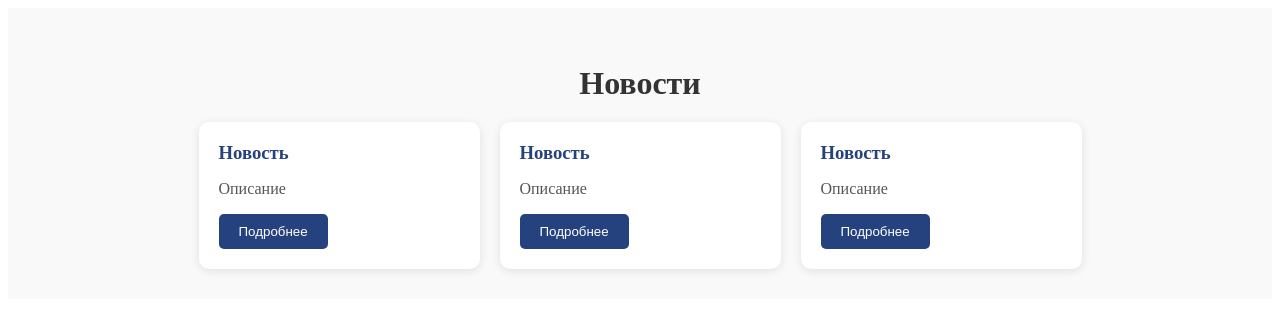
Repository: MaratLK/PLKFrontend
Page: Templates/NewsForIndex.html
These files come from the project's save history. The page is drawn as it stood at one moment and after the next save; the edit follows.
The browser window is 1280 px wide. The pictures show the whole page.

Above is the page before, as saved 2024-08-25 06:39:08.

### Templates/NewsForIndex.html
<!DOCTYPE html>
<html lang="en">
  <head>
    <meta charset="UTF-8" />
    <meta name="viewport" content="width=device-width, initial-scale=1.0" />
    <title>Document</title>
    <style>
      .news {
        padding: 30px;
        background-color: #f9f9f9;
        text-align: center;
      }

      .news h2 {
        font-size: 2em;
        color: #333;
        margin-bottom: 20px;
      }

      .news-container {
        display: flex;
        justify-content: center;
        flex-wrap: wrap;
        gap: 20px;
      }

      .news-card {
        background-color: #ffffff;
        border-radius: 10px;
        box-shadow: 0 2px 10px rgba(0, 0, 0, 0.1);
        padding: 20px;
        width: calc(25% - 20px);
        box-sizing: border-box;
        text-align: left;
      }

      .news-card h3 {
        margin: 0 0 10px;
        color: #25427e;
      }

      .news-card p {
        color: #555;
      }

      .news-card button {
        background-color: #25427e;
        color: white;
        padding: 10px 20px;
        border: none;
        border-radius: 5px;
        cursor: pointer;
        transition: background-color 0.3s;
      }
    </style>
  </head>
  <body>
    <section id="news" class="news">
      <h2>Новости</h2>
      <div class="news-container">
        <div class="news-card">
          <h3>Новость</h3>
          <p>Описание</p>
          <button class="open-modal" data-news="news1">Подробнее</button>
        </div>

        <div class="news-card">
          <h3>Новость</h3>
          <p>Описание</p>
          <button class="open-modal" data-news="news1">Подробнее</button>
        </div>

        <div class="news-card">
          <h3>Новость</h3>
          <p>Описание</p>
          <button class="open-modal" data-news="news1">Подробнее</button>
        </div>
      </div>
    </section>
  </body>
</html>

After the next save:
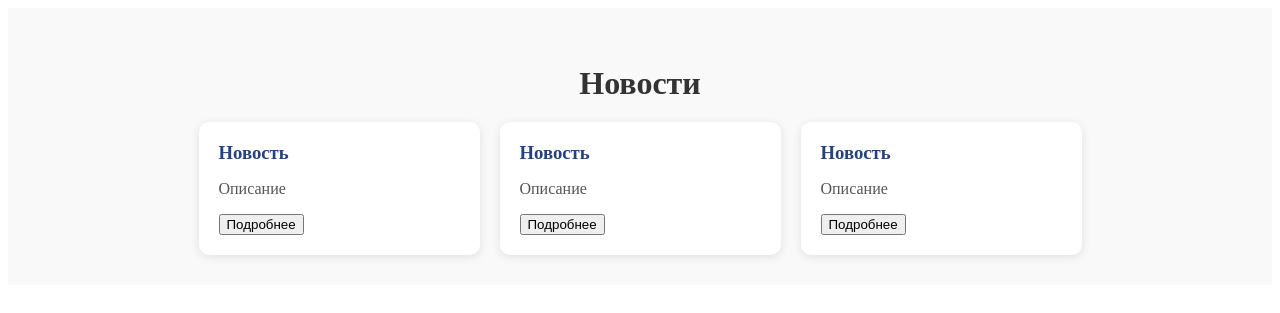
Saved 6 min 35 s later.
--- a/Templates/NewsForIndex.html
+++ b/Templates/NewsForIndex.html
@@ -43,14 +43,20 @@
         color: #555;
       }
 
-      .news-card button {
-        background-color: #25427e;
-        color: white;
-        padding: 10px 20px;
-        border: none;
-        border-radius: 5px;
-        cursor: pointer;
-        transition: background-color 0.3s;
+      .news-card {
+        background-color: #ffffff;
+        border-radius: 10px;
+        box-shadow: 0 2px 10px rgba(0, 0, 0, 0.1);
+        padding: 20px;
+        width: calc(25% - 20px);
+        box-sizing: border-box;
+        text-align: left;
+        transition: transform 0.3s ease, box-shadow 0.3s ease;
+      }
+
+      .news-card:hover {
+        transform: translateY(10px) scale(1.05);
+        box-shadow: 0 4px 20px rgba(0, 0, 0, 0.2);
       }
     </style>
   </head>

After the save that followed:
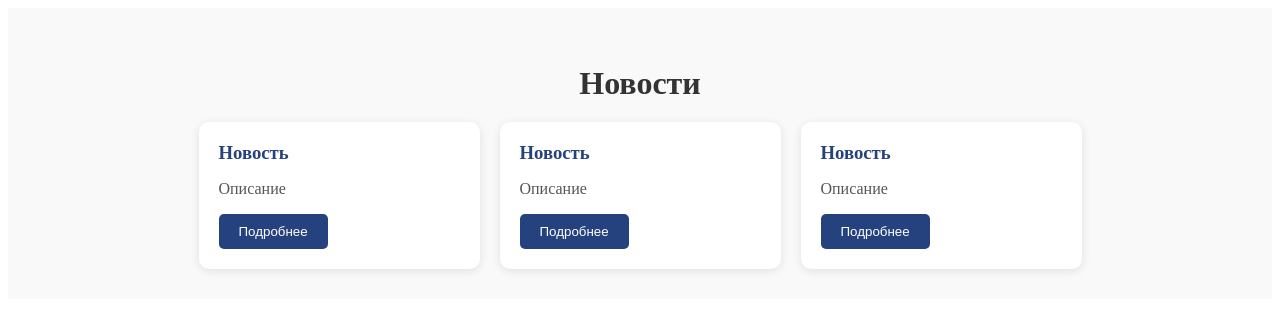
Saved 73 s later.
--- a/Templates/NewsForIndex.html
+++ b/Templates/NewsForIndex.html
@@ -43,6 +43,16 @@
         color: #555;
       }
 
+      .news-card button {
+        background-color: #25427e;
+        color: white;
+        padding: 10px 20px;
+        border: none;
+        border-radius: 5px;
+        cursor: pointer;
+        transition: background-color 0.3s;
+      }
+
       .news-card {
         background-color: #ffffff;
         border-radius: 10px;
